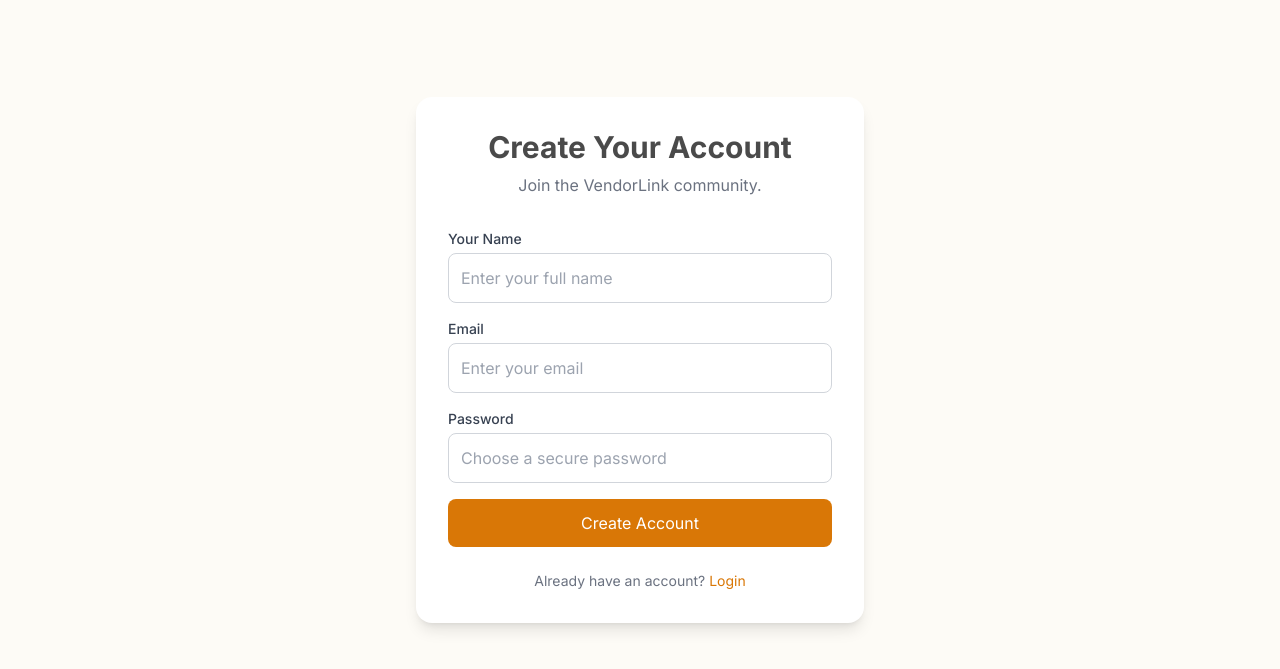
Repository: Omkar0746/VendorLink_Hackathon
Page: VendorLink_Project-main/frontend/signup.html
The author's editor kept a copy of each file at every save. The page is drawn from the files as they stood at one save, then again after the next save.
The browser window is 1280 px wide. The pictures show the whole page.
Some web libraries are served in a nearby version.

Above is the page before, as saved 2025-11-27 14:40:27.

### VendorLink_Project-main/frontend/signup.html
<!DOCTYPE html>
<html lang="en">
<head>
    <meta charset="UTF-8">
    <meta name="viewport" content="width=device-width, initial-scale=1.0">
    <title>Sign Up - VendorLink</title>
    <script src="https://cdn.tailwindcss.com"></script>
    <link rel="preconnect" href="https://fonts.googleapis.com">
    <link rel="preconnect" href="https://fonts.gstatic.com" crossorigin>
    <link href="https://fonts.googleapis.com/css2?family=Inter:wght@400;500;600;700&display=swap" rel="stylesheet">
    <style>
        body { font-family: 'Inter', sans-serif; }
    </style>
</head>

<body class="bg-[#FDFBF6] flex items-center justify-center min-h-screen py-12">

    <div class="bg-white p-8 rounded-2xl shadow-lg max-w-md w-full">
        <div class="text-center mb-8">
            <h1 class="text-3xl font-bold text-[#4A4A4A]">Create Your Account</h1>
            <p class="text-gray-500 mt-2">Join the VendorLink community.</p>
        </div>

        <form id="signupForm" class="space-y-4">

            <div>
                <label class="block text-sm font-medium text-gray-700">Your Name</label>
                <input type="text" id="name" placeholder="Enter your full name"
                       class="mt-1 w-full p-3 border border-gray-300 rounded-lg" required>
            </div>

            <div>
                <label class="block text-sm font-medium text-gray-700">Email</label>
                <input type="email" id="email" placeholder="Enter your email"
                       class="mt-1 w-full p-3 border border-gray-300 rounded-lg" required>
            </div>

            <div>
                <label class="block text-sm font-medium text-gray-700">Password</label>
                <input type="password" id="password" placeholder="Choose a secure password"
                       class="mt-1 w-full p-3 border border-gray-300 rounded-lg" required>
            </div>

            <button type="submit"
                    class="w-full bg-amber-600 text-white py-3 rounded-lg hover:bg-amber-700 mt-4">
                Create Account
            </button>

        </form>

        <p class="text-sm text-center text-gray-500 mt-6">
            Already have an account? <a href="login.html" class="text-amber-600 hover:underline">Login</a>
        </p>
    </div>

    <!-- Only one correct script -->
    <script src="js/signup.js"></script>

</body>
</html>

### VendorLink_Project-main/frontend/js/signup.js
document.getElementById("signupForm").addEventListener("submit", async (e) => {
    e.preventDefault();

    const name = document.getElementById("name").value;
    const email = document.getElementById("email").value;
    const password = document.getElementById("password").value;

    const res = await fetch("http://localhost:5000/api/auth/signup", {
        method: "POST",
        headers: { "Content-Type": "application/json" },
        body: JSON.stringify({ name, email, password })
    });

    const data = await res.json();
    alert(data.message);

    if (data.success) {
        window.location.href = "login.html";
    }
});

After the next save:
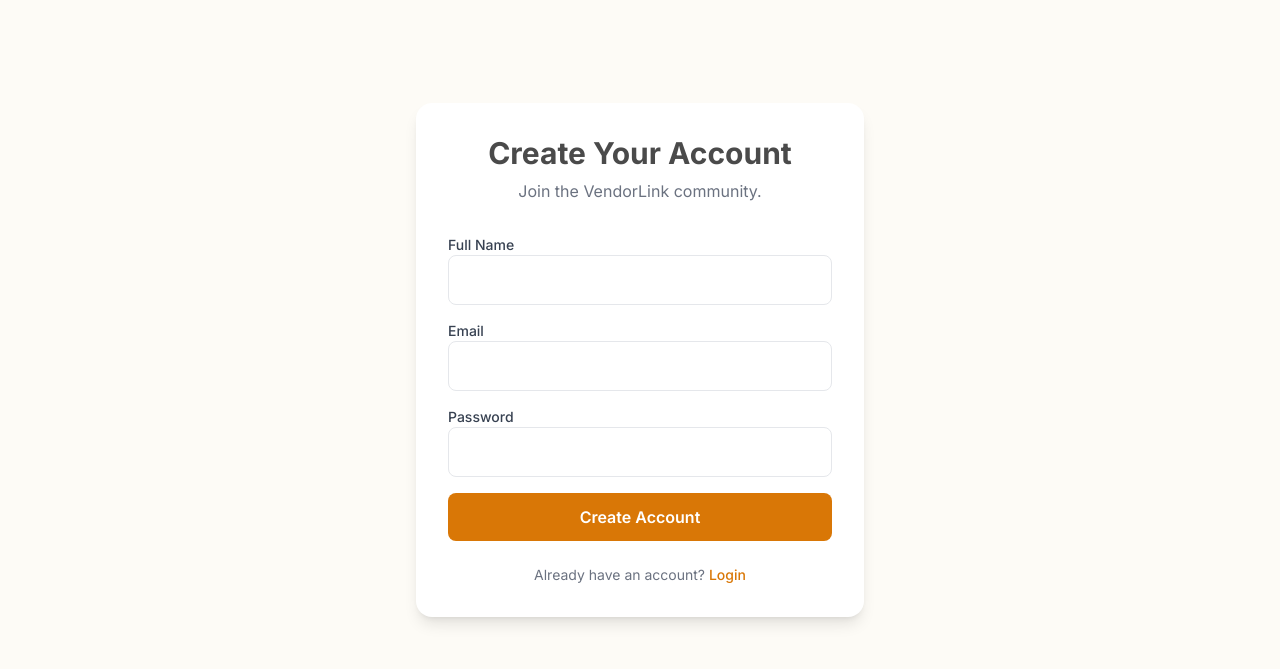
Saved 3 min 3 s later.
--- a/VendorLink_Project-main/frontend/signup.html
+++ b/VendorLink_Project-main/frontend/signup.html
@@ -5,12 +5,8 @@
     <meta name="viewport" content="width=device-width, initial-scale=1.0">
     <title>Sign Up - VendorLink</title>
     <script src="https://cdn.tailwindcss.com"></script>
-    <link rel="preconnect" href="https://fonts.googleapis.com">
-    <link rel="preconnect" href="https://fonts.gstatic.com" crossorigin>
     <link href="https://fonts.googleapis.com/css2?family=Inter:wght@400;500;600;700&display=swap" rel="stylesheet">
-    <style>
-        body { font-family: 'Inter', sans-serif; }
-    </style>
+    <style> body { font-family: 'Inter', sans-serif; } </style>
 </head>
 
 <body class="bg-[#FDFBF6] flex items-center justify-center min-h-screen py-12">
@@ -24,37 +20,33 @@
         <form id="signupForm" class="space-y-4">
 
             <div>
-                <label class="block text-sm font-medium text-gray-700">Your Name</label>
-                <input type="text" id="name" placeholder="Enter your full name"
-                       class="mt-1 w-full p-3 border border-gray-300 rounded-lg" required>
+                <label class="block text-sm font-medium text-gray-700">Full Name</label>
+                <input type="text" id="name" class="w-full p-3 border rounded-lg" required>
             </div>
 
             <div>
                 <label class="block text-sm font-medium text-gray-700">Email</label>
-                <input type="email" id="email" placeholder="Enter your email"
-                       class="mt-1 w-full p-3 border border-gray-300 rounded-lg" required>
+                <input type="email" id="email" class="w-full p-3 border rounded-lg" required>
             </div>
 
             <div>
                 <label class="block text-sm font-medium text-gray-700">Password</label>
-                <input type="password" id="password" placeholder="Choose a secure password"
-                       class="mt-1 w-full p-3 border border-gray-300 rounded-lg" required>
+                <input type="password" id="password" class="w-full p-3 border rounded-lg" required>
             </div>
 
-            <button type="submit"
-                    class="w-full bg-amber-600 text-white py-3 rounded-lg hover:bg-amber-700 mt-4">
+            <button
+                type="submit"
+                class="w-full bg-amber-600 text-white py-3 rounded-lg font-semibold hover:bg-amber-700">
                 Create Account
             </button>
-
         </form>
 
-        <p class="text-sm text-center text-gray-500 mt-6">
-            Already have an account? <a href="login.html" class="text-amber-600 hover:underline">Login</a>
+        <p class="text-center text-sm text-gray-500 mt-6">
+            Already have an account?
+            <a href="login.html" class="text-amber-600 font-medium hover:underline">Login</a>
         </p>
     </div>
 
-    <!-- Only one correct script -->
     <script src="js/signup.js"></script>
-
 </body>
 </html>
